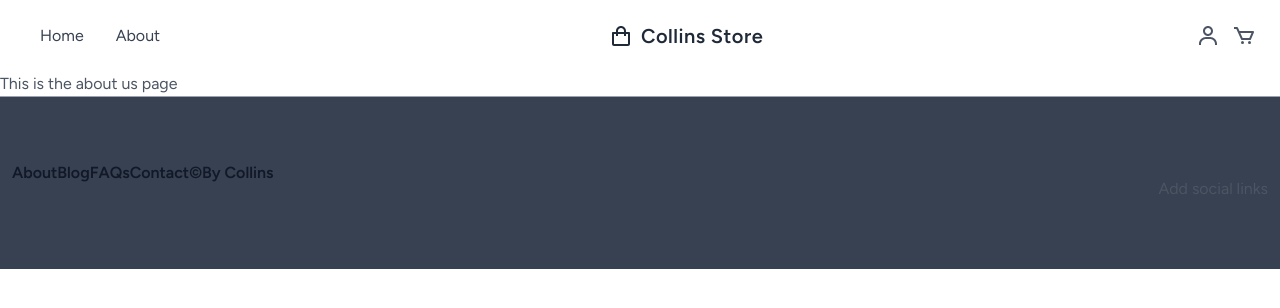
Repository: Collins145/e-commerce-website
Page: http://localhost/about
An editor plug-in stored every save of this project. The page is shown before and after the next save, followed by the edit.
The browser window is 1280 px wide. The pictures show the whole page.
The page is served by the project's Laravel application, run on PHP 8.4 with Laravel 10. Style sheets and scripts are compiled from the project's sources, by tool versions that may differ from the author's.

Above is the page before, as saved 2023-06-17 14:20:17.

After the next save:
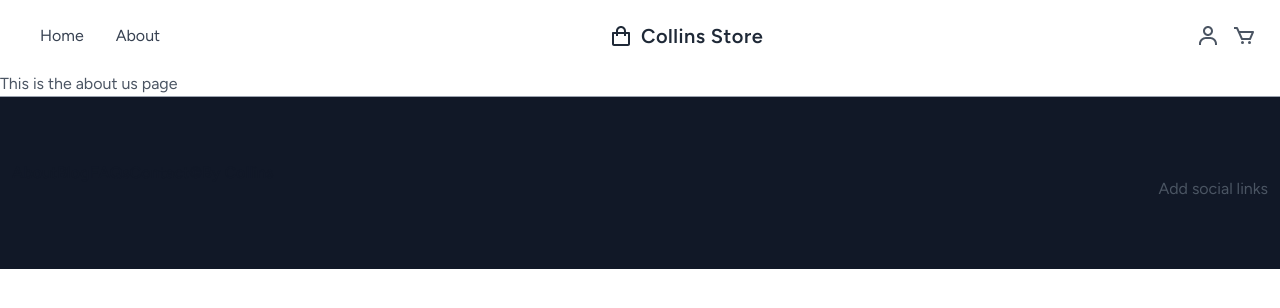
Saved 12 s later.
--- a/resources/views/components/site/footer.blade.php
+++ b/resources/views/components/site/footer.blade.php
@@ -1,4 +1,4 @@
-    <footer class="container mx-auto bg-gray-700 py-8 border-t border-gray-400">
+    <footer class="container mx-auto bg-gray-900 py-8 border-t border-gray-400">
         <div class="container flex px-3 py-8 ">
             <div class="w-full mx-auto flex flex-wrap">
                 <div class="flex w-full lg:w-1/2 ">
